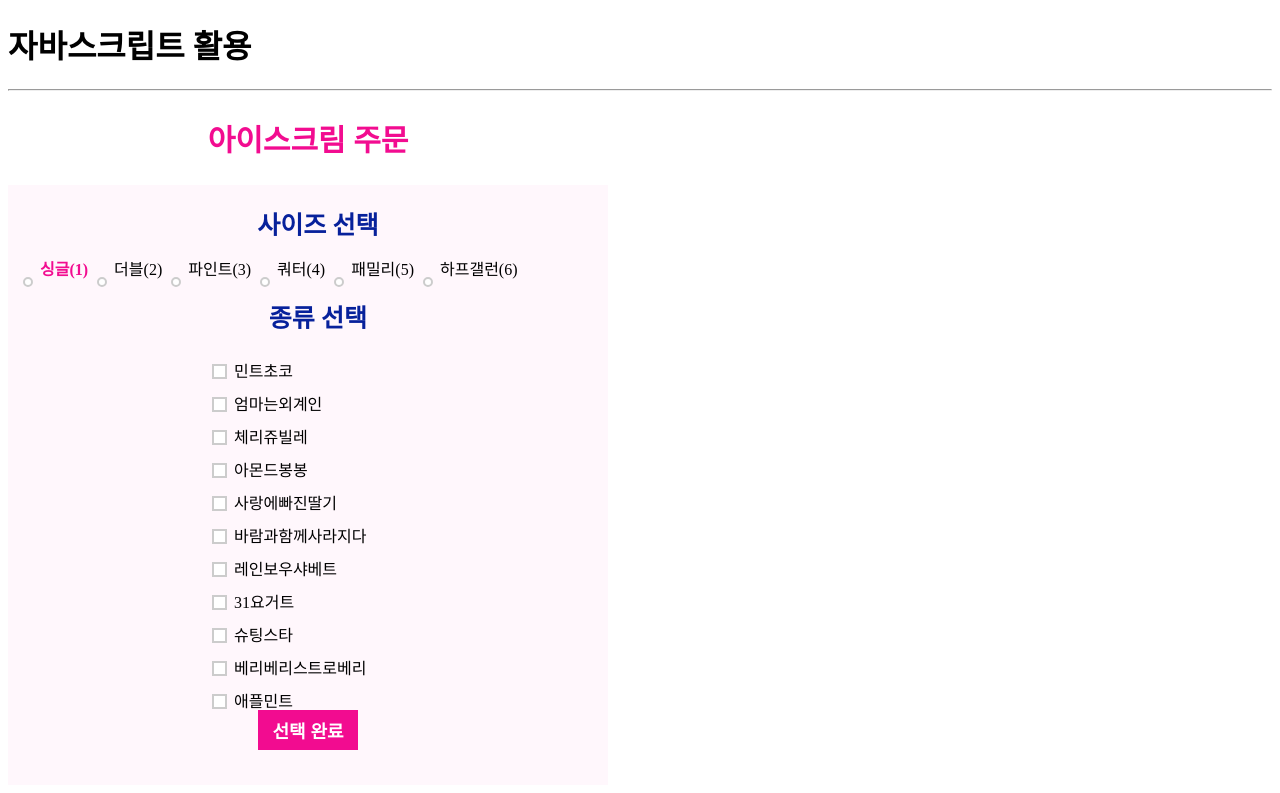
Repository: god5228god/Jsp
Page: WebApp03/WebContent/Test027.html
These files come from the project's save history. The page is drawn as it stood at one moment and after the next save; the edit follows.
The browser window is 1280 px wide. The pictures show the whole page.

Above is the page before, as saved 2026-02-25 00:45:19.

After the next save:
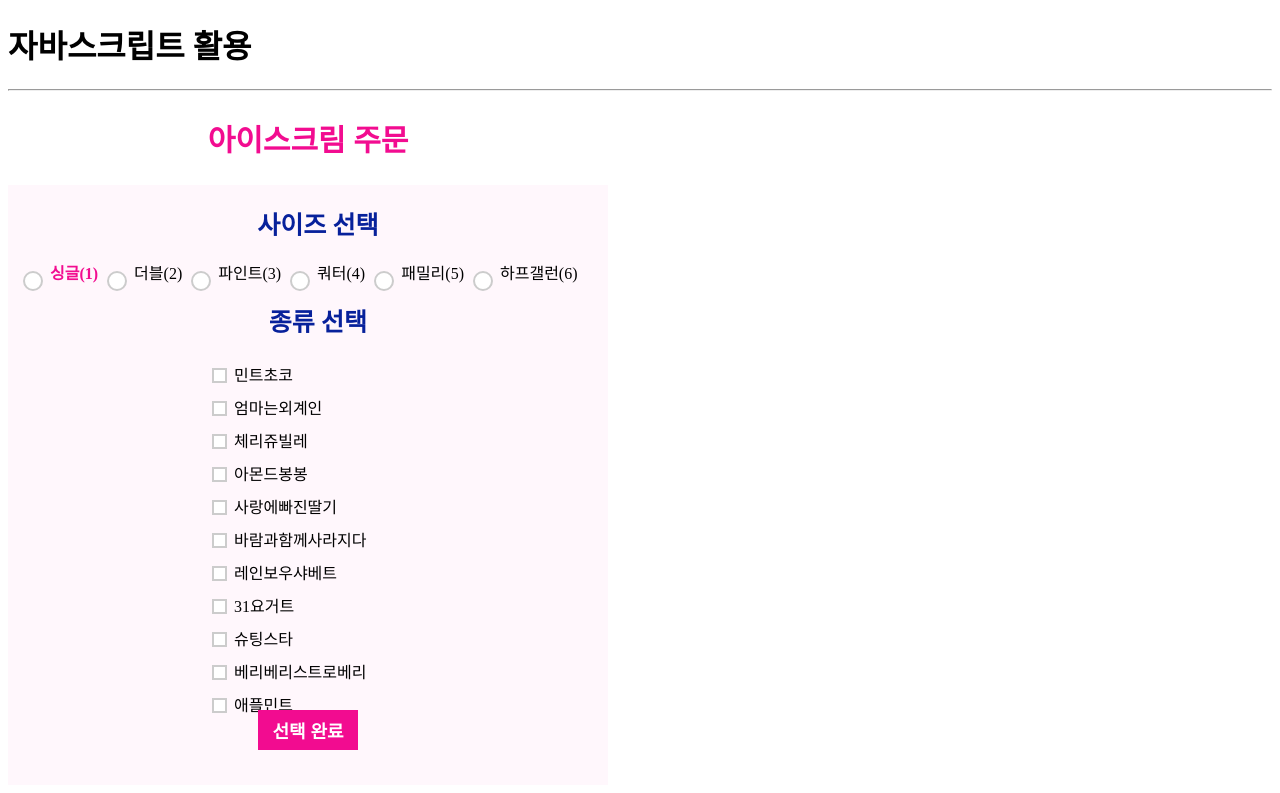
Saved 8 s later.
--- a/WebApp03/WebContent/Test027.html
+++ b/WebApp03/WebContent/Test027.html
@@ -27,8 +27,8 @@ input[type="checkbox"] {
 
 input[type="radio"] {
     appearance: none; /* 기본 모양 삭제 */
-    width: 10px;
-    height: 10px;
+    width: 20px;
+    height: 20px;
     border: 2px solid #ccc;
     border-radius: 50%;
     cursor: pointer;
